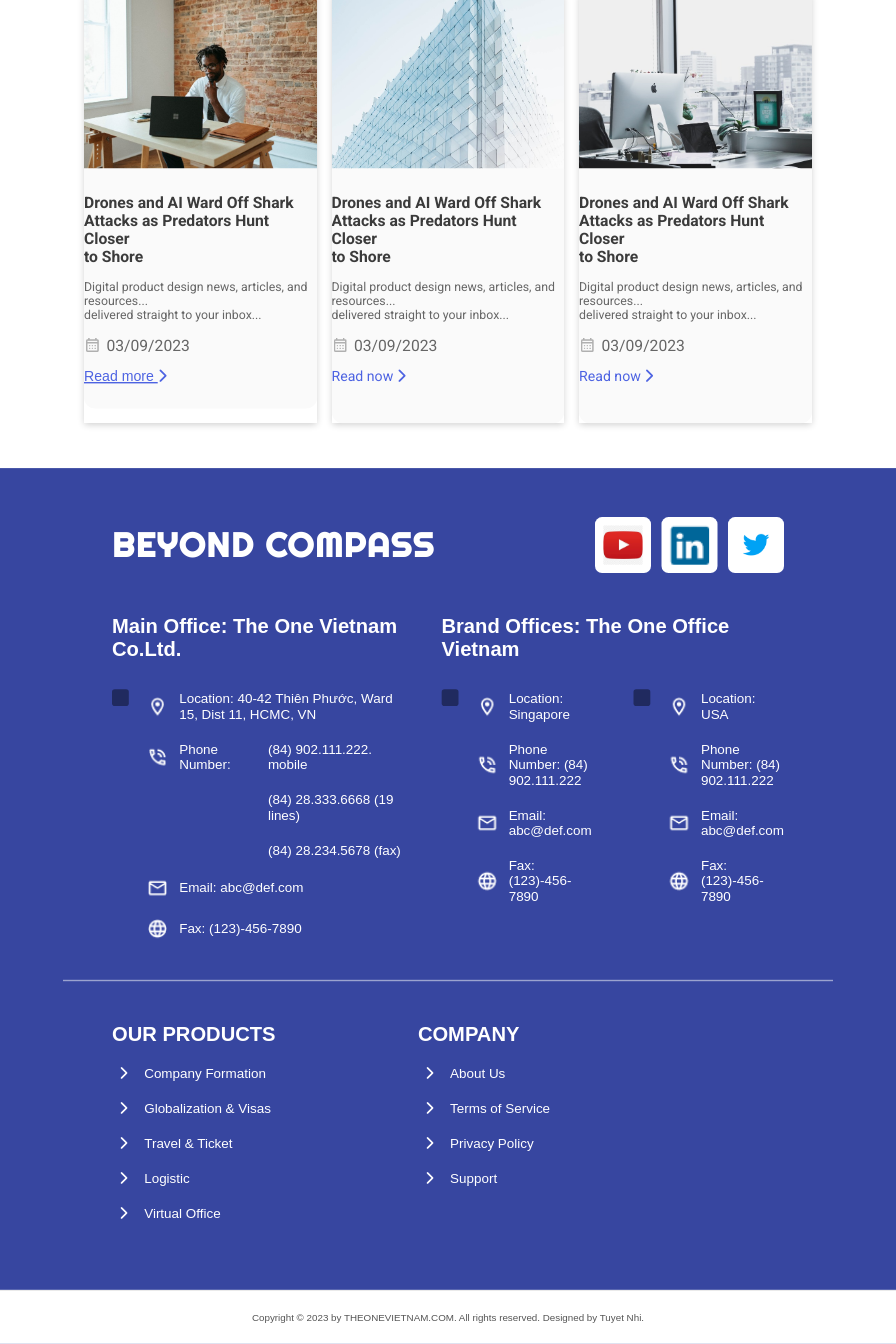
Repository: trunghau06/baitapRn
Page: pages/detailNews.html
These files come from the project's save history. The page is drawn as it stood at one moment and after a run of saves; the edit follows.
The browser window is 1280 px wide. The pictures show the part of the page from y = 1574 to 3494 px (the page is 3494 px tall before and 3488 px after), at 70% of full size.
An inner scrolling area shows only its first screen.

Above is the page before, as saved 2025-10-09 22:55:34.

After the next 2 saves:
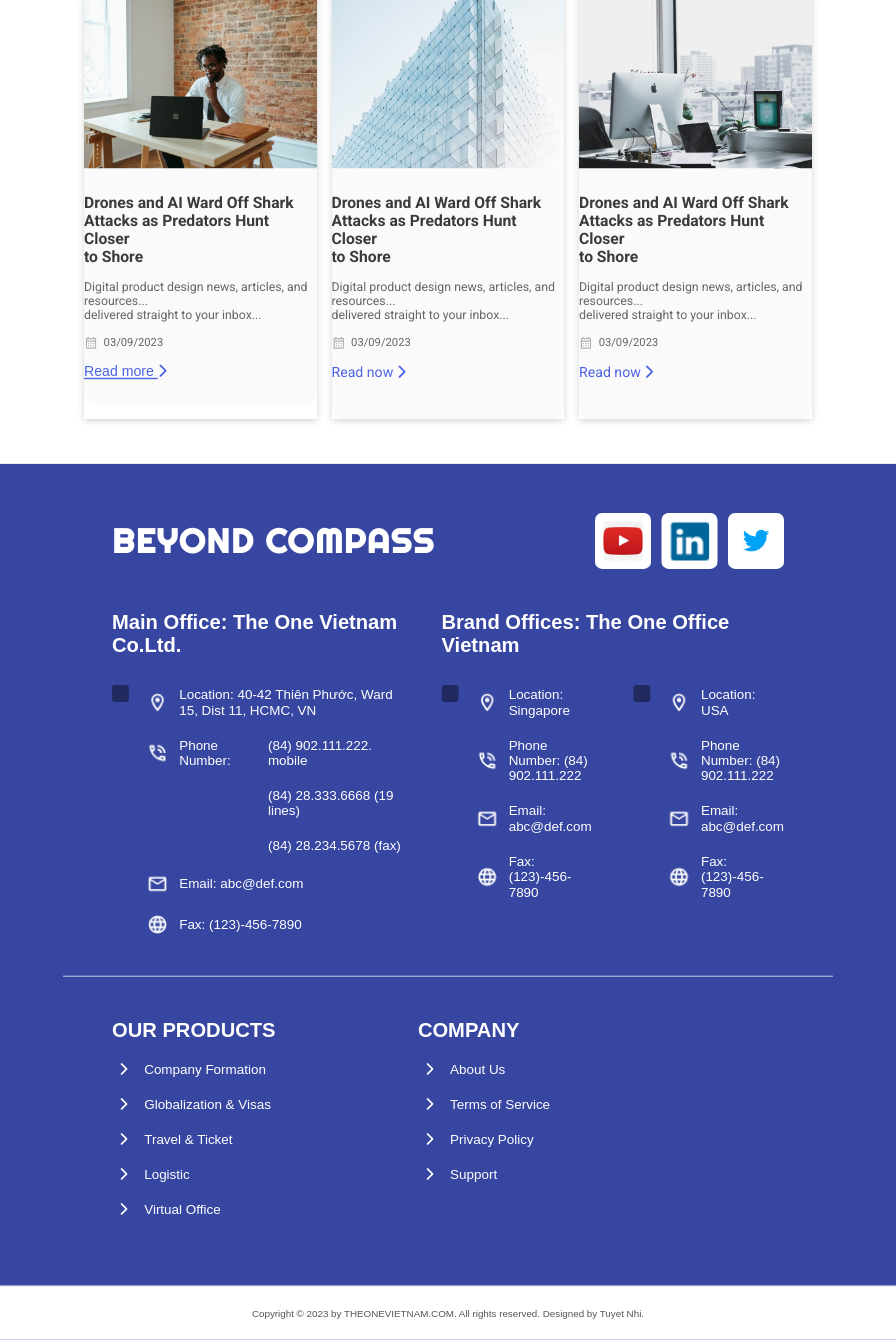
The 2 saves are shown as one change because they came seconds apart.
The last was saved 8 s later.
--- a/style/detailnews.css
+++ b/style/detailnews.css
@@ -313,13 +313,13 @@ nav ul li a.active::after {
 }
 
 .calendar-Box img {
-    width: 24px;
-    height: 24px;
+    width: 20px;
+    height: 20px;
 }
 
 .calendar-Box p {
     font-family: 'Roboto', Arial, sans-serif;
-    font-size: 1.4em;
+    font-size: 1em;
     font-weight: 500;
     color: #B0B0B0;
     margin: 0;
